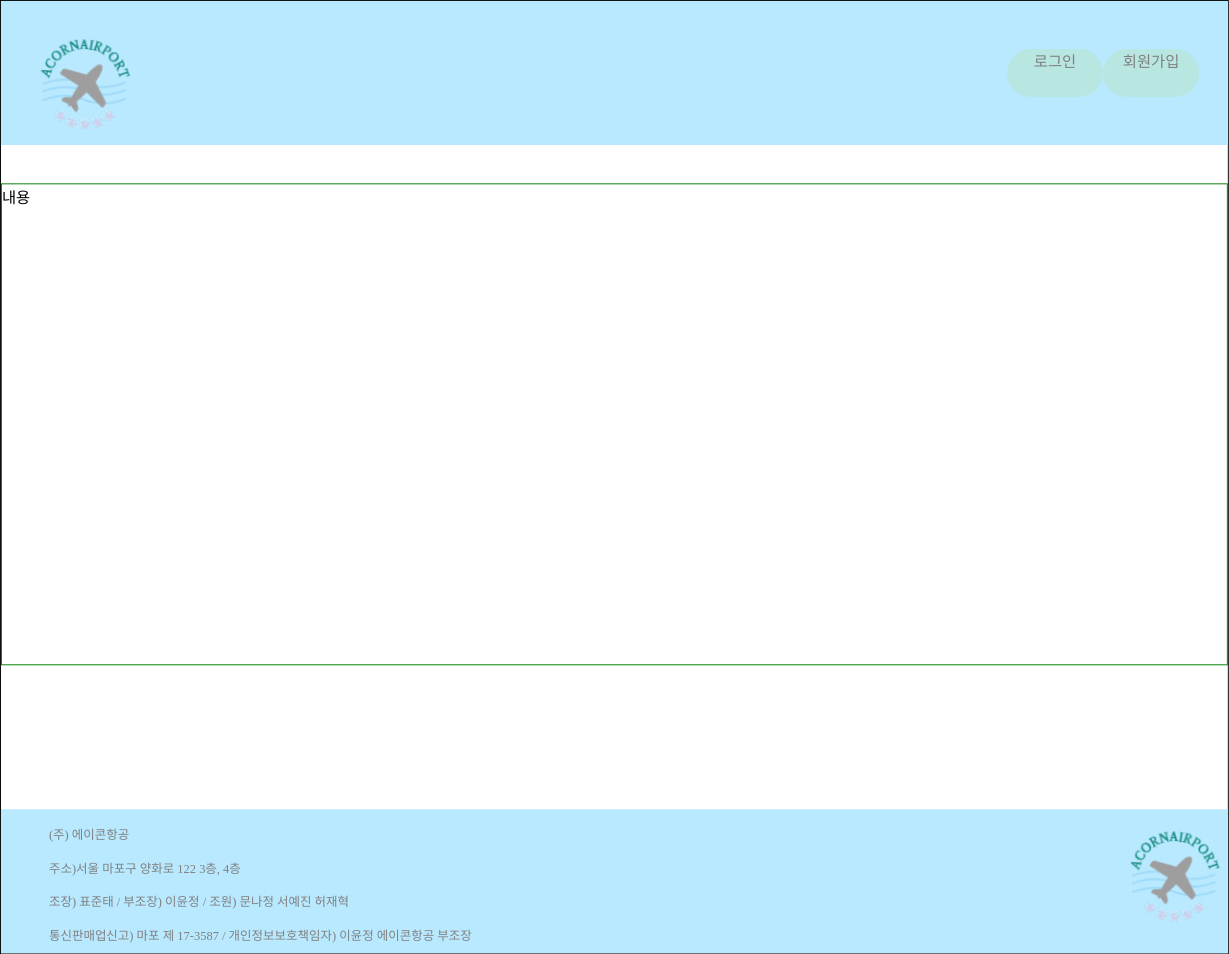
Repository: juntae710/Acorn_AirlineReservation_Project
Page: http://localhost/prj3_1/WEB-INF/views/h_index.jsp
An editor plug-in stored every save of this project. The page is shown before and after a run of saves, followed by the edit.
The browser window is 1280 px wide. The pictures show the whole page, at 96% of full size.
The page is served by Tomcat 9. Nobody is signed in. The template is opened directly, without the code that normally fills it, so the values that code supplies are empty.

Above is the page before, as saved 2023-09-20 02:27:26.

After the next 2 saves:
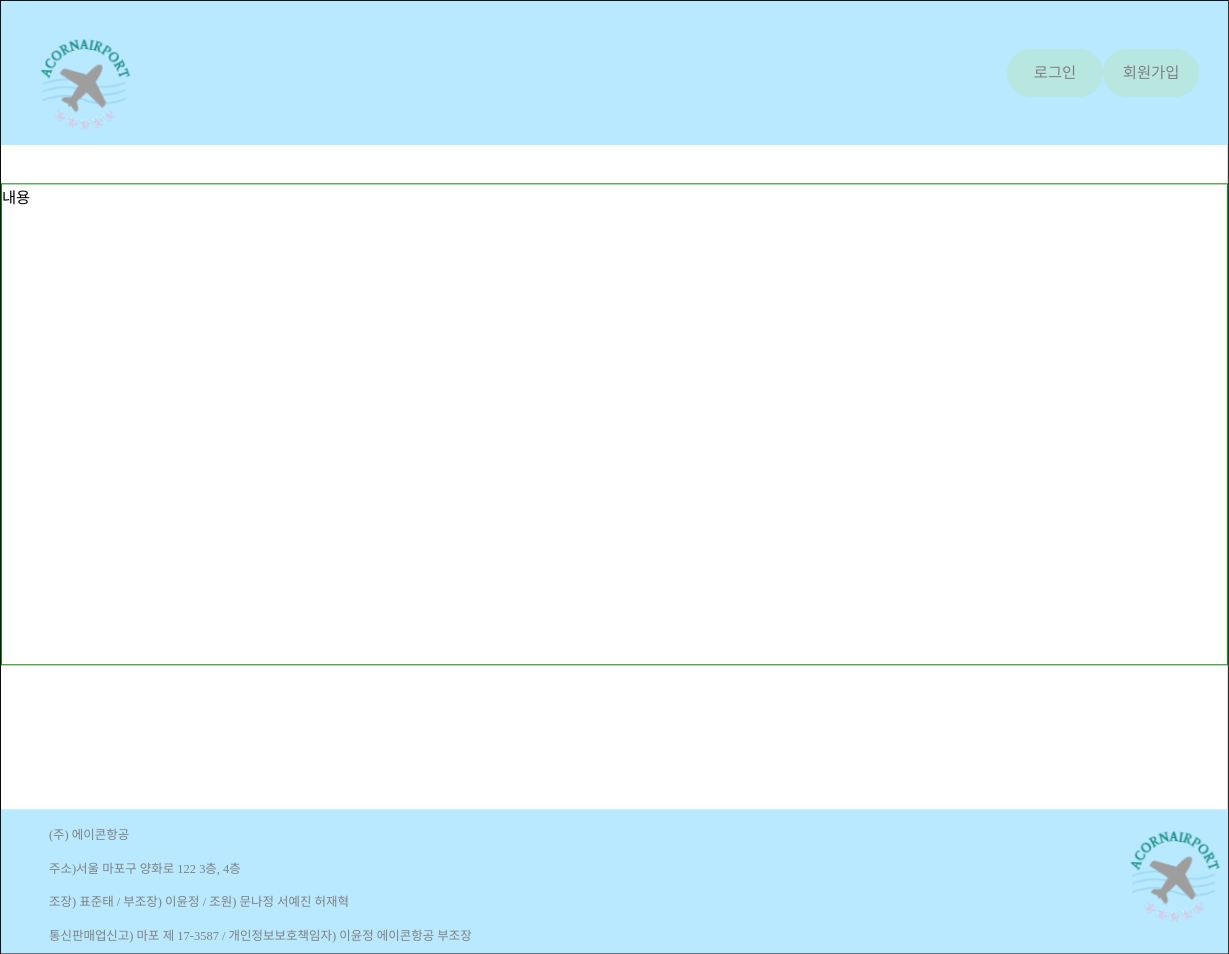
The 2 saves are shown as one change because they came seconds apart.
The last was saved 16 s later.
--- a/Eclipse/prj3_1/src/main/webapp/WEB-INF/views/h_index.jsp
+++ b/Eclipse/prj3_1/src/main/webapp/WEB-INF/views/h_index.jsp
@@ -64,6 +64,7 @@ a{
 		background-color: #B8E6E1;
 		width: 100px;
 		height: 50px;
+		line-height: 50px;
 		}
 
 .footer_info {
